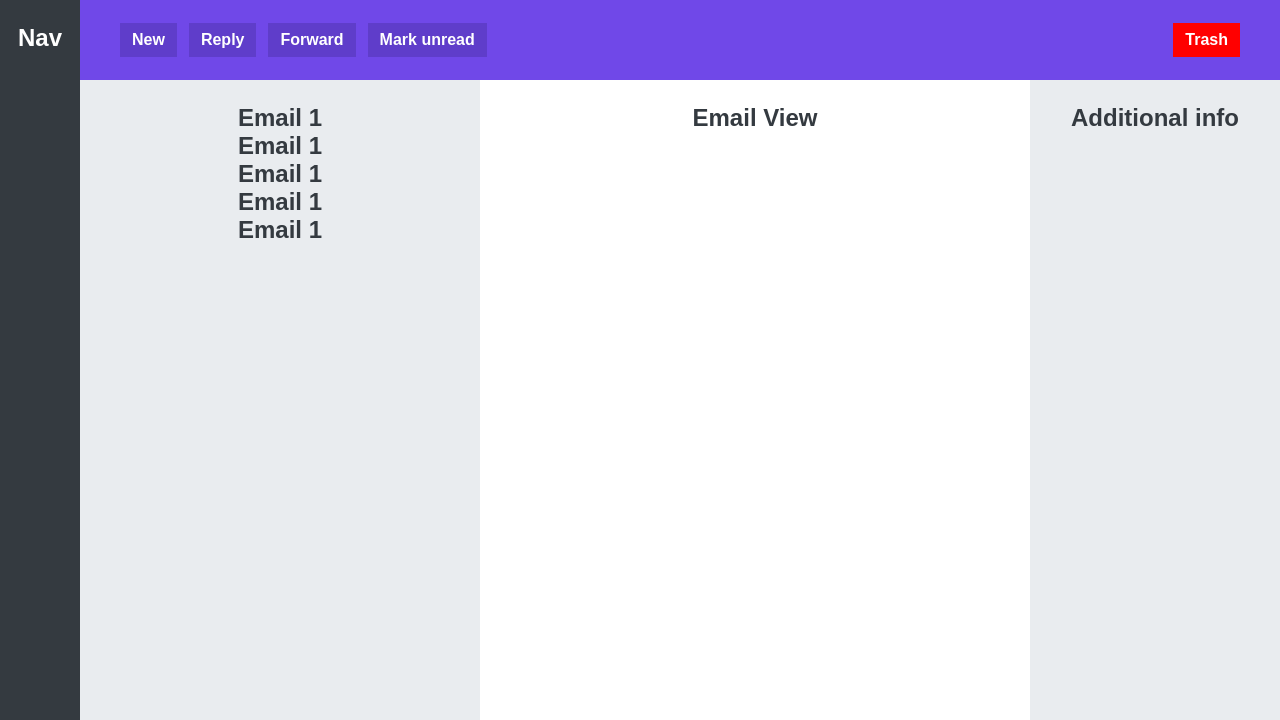
Repository: sunny070/CSS
Page: HTML and CSS some of the important components/06_app-layout.html
These files come from the project's save history. The page is drawn as it stood at one moment and after a run of saves; the edit follows.
The browser window is 1280 px wide. The pictures show the whole page.

Above is the page before, as saved 2023-11-17 14:04:51.

### HTML and CSS some of the important components/06_app-layout.html
<!DOCTYPE html>
<html lang="en">
<head>
    <meta charset="UTF-8">
    <meta name="viewport" content="width=device-width, initial-scale=1.0">
    <title>App Layout</title>
    <style>
        *{
            margin: 0;
            padding: 0;
            box-sizing: border-box;
        }
        body{
            font-family: sans-serif;
            color:#343a40;
            font-size: 24px;
            height: 100vh;
            text-align: center;
            font-weight:bold;
            display: grid;
            grid-template-columns: 80px 400px 1fr 250px;
            grid-template-rows: 80px 1fr;
        }
        nav,section,main,aside{
            padding-top:24px
        }
        nav{
            background-color:#343a40 ;
            color:#fff;
            grid-row: 1/-1;
        }
        menu{
            background-color:#7048e8;
            grid-column: 2/-1;
            display: flex;
            align-items: center;
            gap: 12px;
            padding: 0 40px;
        }
        button{
            display: inline-block;
            font-size: 16px;
            font-weight: bold;
            background-color:#5f3dca;
            border: none;
            cursor: pointer;
            color:#fff ;
            padding: 8px 12px;
        }
        button:last-child{
            margin-left:auto ;
            background-color:red;
        }
        section{
            background-color:#e9ecef;
        }
        aside{
            background-color:#e9ecef;
        }
    </style>
</head>
<body>
    <nav>Nav</nav>
    <menu>
        <button>New</button>
        <button>Reply</button>
        <button>Forward</button>
        <button>Mark unread</button>
        <button>Trash</button>
    </menu>
    <section>
        <div class="email">Email 1</div>
        <div class="email">Email 1</div>
        <div class="email">Email 1</div>
        <div class="email">Email 1</div>
        <div class="email">Email 1</div>
    </section>
    <main>Email View</main>
    <aside>Additional info</aside>
</body>
</html>

After the next 2 saves:
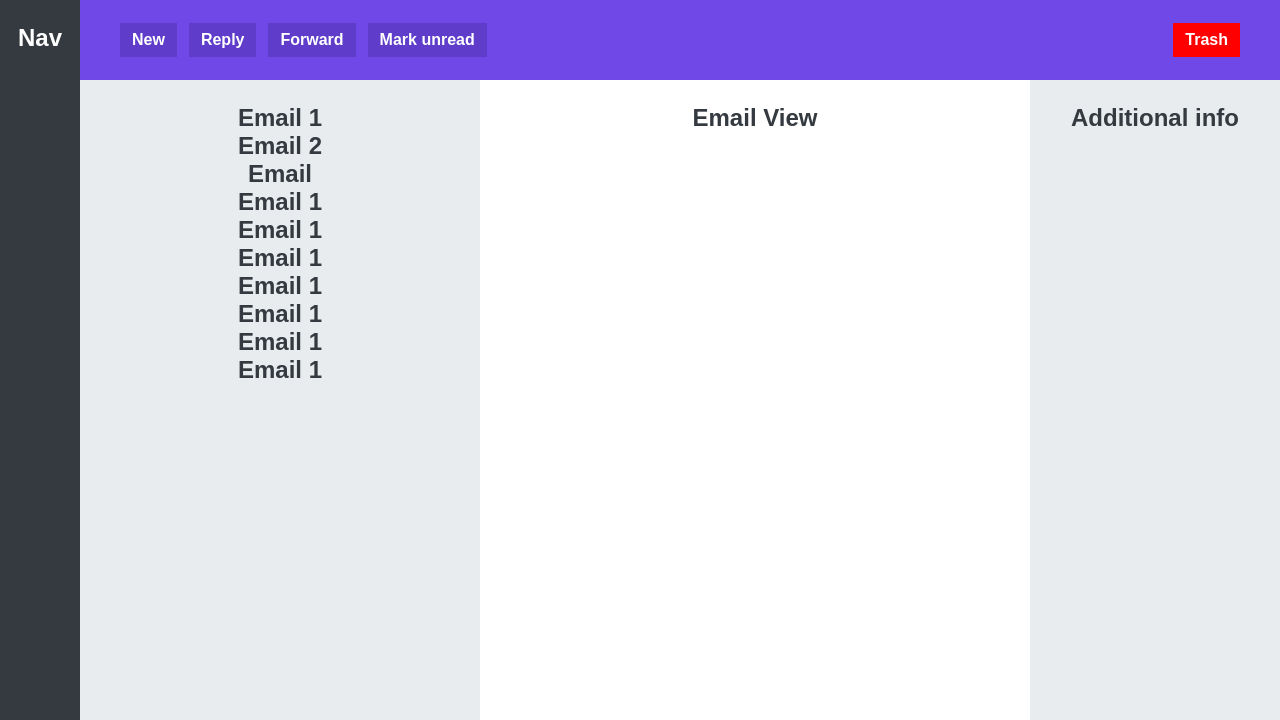
The 2 saves are shown as one change because they came seconds apart.
The last was saved 7 s later.
--- a/HTML and CSS some of the important components/06_app-layout.html
+++ b/HTML and CSS some of the important components/06_app-layout.html
@@ -70,6 +70,11 @@
     </menu>
     <section>
         <div class="email">Email 1</div>
+        <div class="email">Email 2</div>
+        <div class="email">Email </div>
+        <div class="email">Email 1</div>
+        <div class="email">Email 1</div>
+        <div class="email">Email 1</div>
         <div class="email">Email 1</div>
         <div class="email">Email 1</div>
         <div class="email">Email 1</div>
